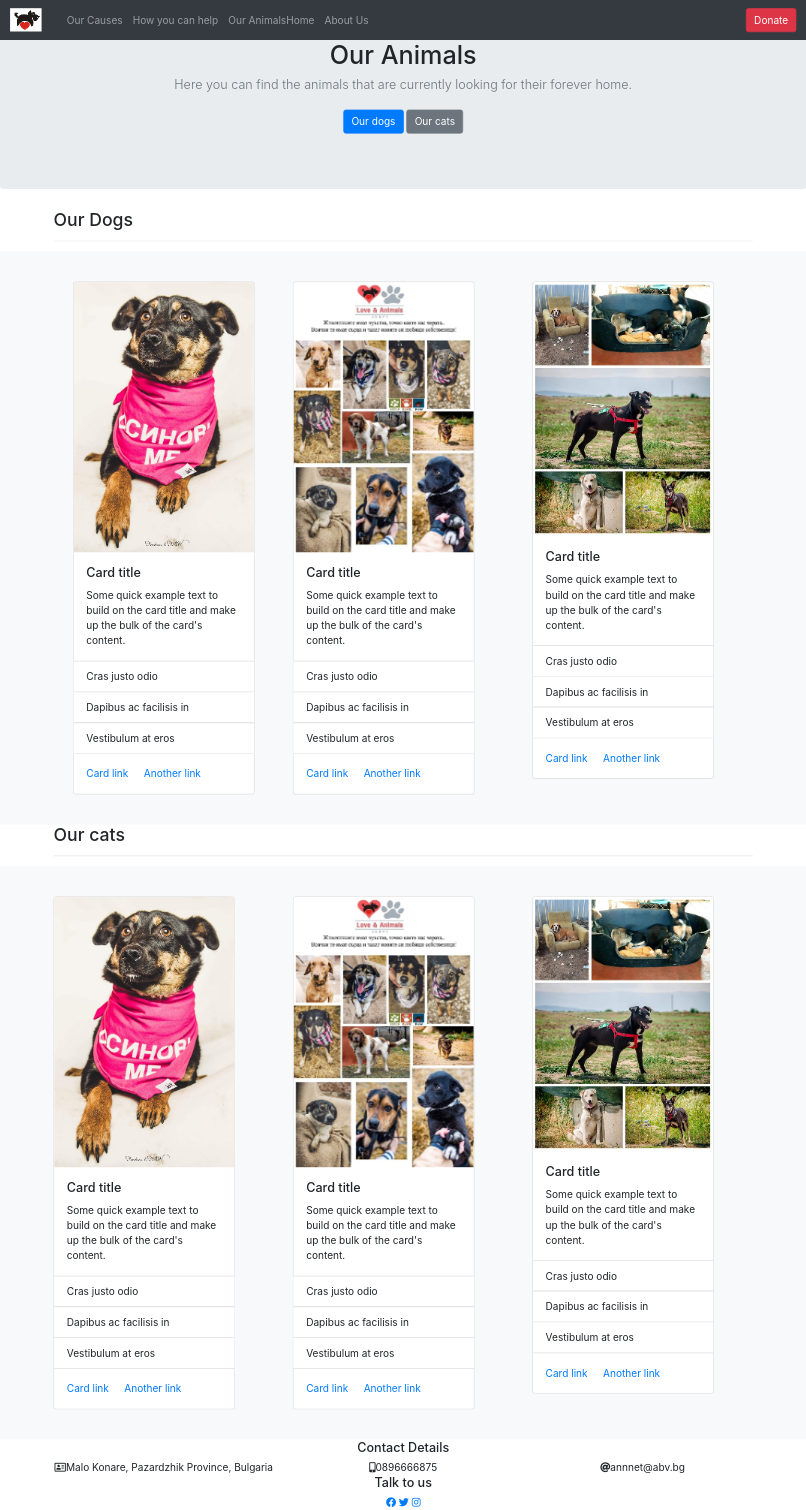
Repository: Naity17/PAW-first-website
Page: Our-Animals.html
The author's editor kept a record of every edit. The page is drawn from the files as they stood at one moment, then again after the next edit.
The browser window is 1280 px wide. The pictures show the whole page, at 63% of full size.
Some web libraries are served in a nearby version.

Above is the page before.
Console error: TypeError: Cannot read properties of undefined (reading 'fn')

### Our-Animals.html
<!DOCTYPE html>
<html lang="en">

<head>
    <meta charset="UTF-8">
    <meta name="viewport" content="width=device-width, initial-scale=1.0">
    <meta http-equiv="X-UA-Compatible" content="ie=edge">
    <link rel="stylesheet" href="https://stackpath.bootstrapcdn.com/bootstrap/4.3.1/css/bootstrap.min.css" integrity="sha384-ggOyR0iXCbMQv3Xipma34MD+dH/1fQ784/j6cY/iJTQUOhcWr7x9JvoRxT2MZw1T" crossorigin="anonymous">
    <link rel="stylesheet" href="https://use.fontawesome.com/releases/v5.9.0/css/all.css" integrity="sha384-i1LQnF23gykqWXg6jxC2ZbCbUMxyw5gLZY6UiUS98LYV5unm8GWmfkIS6jqJfb4E" crossorigin="anonymous">
    <script src="https://stackpath.bootstrapcdn.com/bootstrap/4.3.1/js/bootstrap.min.js" integrity="sha384-JjSmVgyd0p3pXB1rRibZUAYoIIy6OrQ6VrjIEaFf/nJGzIxFDsf4x0xIM+B07jRM" crossorigin="anonymous"></script>
    <link rel="stylesheet" href="assets/css/style.css" type="text/css" />
    <title>PAW - Pazardjik Animal Welfare</title>
</head>

<body>
    <header>
        <!-- ---------------NavBar-------------- -->
        <nav class="navbar navbar-expand-md navbar-dark fixed-top bg-dark">
            <a class="navbar-brand" href="index.html">
                <img src="assets/images/general/logo.jpg">
            </a>
            <button class="navbar-toggler collapsed" type="button" data-toggle="collapse" data-target="#navbarCollapse" aria-controls="navbarCollapse" aria-expanded="false" aria-label="Toggle navigation">
              <span class="navbar-toggler-icon"></span>
            </button>
            <div class="navbar-collapse collapse" id="navbarCollapse" style="">
                <ul class="navbar-nav mr-auto">
                    <li class="nav-item active">
                        <a class="nav-link" href="#"></a>
                    </li>
                    <li class="nav-item">
                        <a class="nav-link" href="#">Our Causes</a>
                    </li>
                    <li class="nav-item">
                        <a class="nav-link" href="#">How you can help</a>
                    </li>
                    <li class="nav-item">
                        <a class="nav-link" href="#">Our AnimalsHome<span class="sr-only">(current)</span></a>
                    </li>
                    <li class="nav-item">
                        <a class="nav-link" href="#">About Us</a>
                    </li>
                </ul>
                <button class="btn btn-danger navbar-btn">Donate</button>
            </div>
        </nav>
        <!-- ---------------End of NavBar-------------- -->
    </header>

    <!-- --------------Our Animals-------------- -->
    <section id="our-animals">
        <main role="main">
            <section class="jumbotron text-center">
                <div class="container">
                    <h1 class="jumbotron-heading">Our Animals</h1>
                    <p class="lead text-muted">Here you can find the animals that are currently looking for their forever home.</p>
                    <p>
                        <a href="#our-dogs-tag" class="btn btn-primary my-2">Our dogs</a>
                        <a href="#our-cats-tag" class="btn btn-secondary my-2">Our cats</a>
                    </p>
                </div>
            </section>
            <div class="container">
                <h3 id=our-dogs-tag>Our Dogs</h3>
                <hr>
            </div>
            <div class="album py-5 bg-light">
                <div class="container">
                    <div class="row">
                        <div class="col-md-4 col-12 ">
                            <div class="card" style="width: 18rem; margin:0 auto;">
                                <img src="assets/images/general/carousel-1.jpg" class="card-img-top" alt="...">
                                <div class="card-body">
                                    <h5 class="card-title">Card title</h5>
                                    <p class="card-text">Some quick example text to build on the card title and make up the bulk of the card's content.</p>
                                </div>
                                <ul class="list-group list-group-flush">
                                    <li class="list-group-item">Cras justo odio</li>
                                    <li class="list-group-item">Dapibus ac facilisis in</li>
                                    <li class="list-group-item">Vestibulum at eros</li>
                                </ul>
                                <div class="card-body">
                                    <a href="#" class="card-link">Card link</a>
                                    <a href="#" class="card-link">Another link</a>
                                </div>
                            </div>
                        </div>
                        <div class="col-md-4 col-12">
                            <div class="card" style="width: 18rem;">
                                <img src="assets/images/general/carousel-2.jpg" class="card-img-top" alt="...">
                                <div class="card-body">
                                    <h5 class="card-title">Card title</h5>
                                    <p class="card-text">Some quick example text to build on the card title and make up the bulk of the card's content.</p>
                                </div>
                                <ul class="list-group list-group-flush">
                                    <li class="list-group-item">Cras justo odio</li>
                                    <li class="list-group-item">Dapibus ac facilisis in</li>
                                    <li class="list-group-item">Vestibulum at eros</li>
                                </ul>
                                <div class="card-body">
                                    <a href="#" class="card-link">Card link</a>
                                    <a href="#" class="card-link">Another link</a>
                                </div>
                            </div>
                        </div>
                        <div class="col-md-4 col-12">
                            <div class="card" style="width: 18rem;">
                                <img src="assets/images/general/carousel-3.jpg" class="card-img-top" alt="...">
                                <div class="card-body">
                                    <h5 class="card-title">Card title</h5>
                                    <p class="card-text">Some quick example text to build on the card title and make up the bulk of the card's content.</p>
                                </div>
                                <ul class="list-group list-group-flush">
                                    <li class="list-group-item">Cras justo odio</li>
                                    <li class="list-group-item">Dapibus ac facilisis in</li>
                                    <li class="list-group-item">Vestibulum at eros</li>
                                </ul>
                                <div class="card-body">
                                    <a href="#" class="card-link">Card link</a>
                                    <a href="#" class="card-link">Another link</a>
                                </div>
                            </div>
                        </div>
                    </div>
                </div>
            </div>
            <div class="container">
                <h3 id=our-cats-tag>Our cats</h3>
                <hr>
            </div>
            <div class="album py-5 bg-light">
                <div class="container">
                    <div class="row">
                        <div class="col-md-4 col-12">
                            <div class="card" style="width: 18rem;">
                                <img src="assets/images/general/carousel-1.jpg" class="card-img-top" alt="...">
                                <div class="card-body">
                                    <h5 class="card-title">Card title</h5>
                                    <p class="card-text">Some quick example text to build on the card title and make up the bulk of the card's content.</p>
                                </div>
                                <ul class="list-group list-group-flush">
                                    <li class="list-group-item">Cras justo odio</li>
                                    <li class="list-group-item">Dapibus ac facilisis in</li>
                                    <li class="list-group-item">Vestibulum at eros</li>
                                </ul>
                                <div class="card-body">
                                    <a href="#" class="card-link">Card link</a>
                                    <a href="#" class="card-link">Another link</a>
                                </div>
                            </div>
                        </div>
                        <div class="col-md-4 col-12">
                            <div class="card" style="width: 18rem;">
                                <img src="assets/images/general/carousel-2.jpg" class="card-img-top" alt="...">
                                <div class="card-body">
                                    <h5 class="card-title">Card title</h5>
                                    <p class="card-text">Some quick example text to build on the card title and make up the bulk of the card's content.</p>
                                </div>
                                <ul class="list-group list-group-flush">
                                    <li class="list-group-item">Cras justo odio</li>
                                    <li class="list-group-item">Dapibus ac facilisis in</li>
                                    <li class="list-group-item">Vestibulum at eros</li>
                                </ul>
                                <div class="card-body">
                                    <a href="#" class="card-link">Card link</a>
                                    <a href="#" class="card-link">Another link</a>
                                </div>
                            </div>
                        </div>
                        <div class="col-md-4 col-12">
                            <div class="card" style="width: 18rem;">
                                <img src="assets/images/general/carousel-3.jpg" class="card-img-top" alt="...">
                                <div class="card-body">
                                    <h5 class="card-title">Card title</h5>
                                    <p class="card-text">Some quick example text to build on the card title and make up the bulk of the card's content.</p>
                                </div>
                                <ul class="list-group list-group-flush">
                                    <li class="list-group-item">Cras justo odio</li>
                                    <li class="list-group-item">Dapibus ac facilisis in</li>
                                    <li class="list-group-item">Vestibulum at eros</li>
                                </ul>
                                <div class="card-body">
                                    <a href="#" class="card-link">Card link</a>
                                    <a href="#" class="card-link">Another link</a>
                                </div>
                            </div>
                        </div>
                    </div>
                </div>
            </div>
        </main>
    </section>
    <footer class="container text-center footer-details">
        <div class="row">
            <div class="col-12">
                <h5>Contact Details</h5>
            </div>
        </div>
        <div id="contact-details-items" class="row ">
            <div class="col-4 address-item">
                <i class="far fa-address-card"></i>Malo Konare, Pazardzhik Province, Bulgaria
            </div>
            <div class="col-4 phone-number-item">
                <i class="fas fa-mobile-alt"></i>0896666875
            </div>
            <div class="col-4 email-item">
                <i class="fas fa-at"></i>annnet@abv.bg
            </div>
        </div>
        <div class="row" id="social-details">
            <div class="col-xs-12 col-sm-12 icons">
                <h5 class="uppercase general-sub">Talk to us</h5>
                <a href="https://www.facebook.com/PAW-Pazardjik-Animal-Welfare-134643483313391/" target="_blank"><i class="fab fa-facebook alignment"></i></a>
                <a href="https://twitter.com/ralito17?lang=en" target="_blank"><i class="fab fa-twitter alignment"></i></a>
                <a href="https://www.instagram.com/?hl=en" target="_blank"><i class="fab fa-instagram alignment"></i></a>
            </div>
        </div>
    </footer>
    <script src="https://code.jquery.com/jquery-3.3.1.slim.min.js" integrity="sha384-q8i/X+965DzO0rT7abK41JStQIAqVgRVzpbzo5smXKp4YfRvH+8abtTE1Pi6jizo" crossorigin="anonymous"></script>
    <script src="https://cdnjs.cloudflare.com/ajax/libs/popper.js/1.14.7/umd/popper.min.js" integrity="sha384-UO2eT0CpHqdSJQ6hJty5KVphtPhzWj9WO1clHTMGa3JDZwrnQq4sF86dIHNDz0W1" crossorigin="anonymous"></script>
    <script src="https://stackpath.bootstrapcdn.com/bootstrap/4.3.1/js/bootstrap.min.js" integrity="sha384-JjSmVgyd0p3pXB1rRibZUAYoIIy6OrQ6VrjIEaFf/nJGzIxFDsf4x0xIM+B07jRM" crossorigin="anonymous"></script>
</body>

</html>

Loaded but not shown: assets/css/style.css (no copy from this time; the picture is the same without it)

After the next edit:
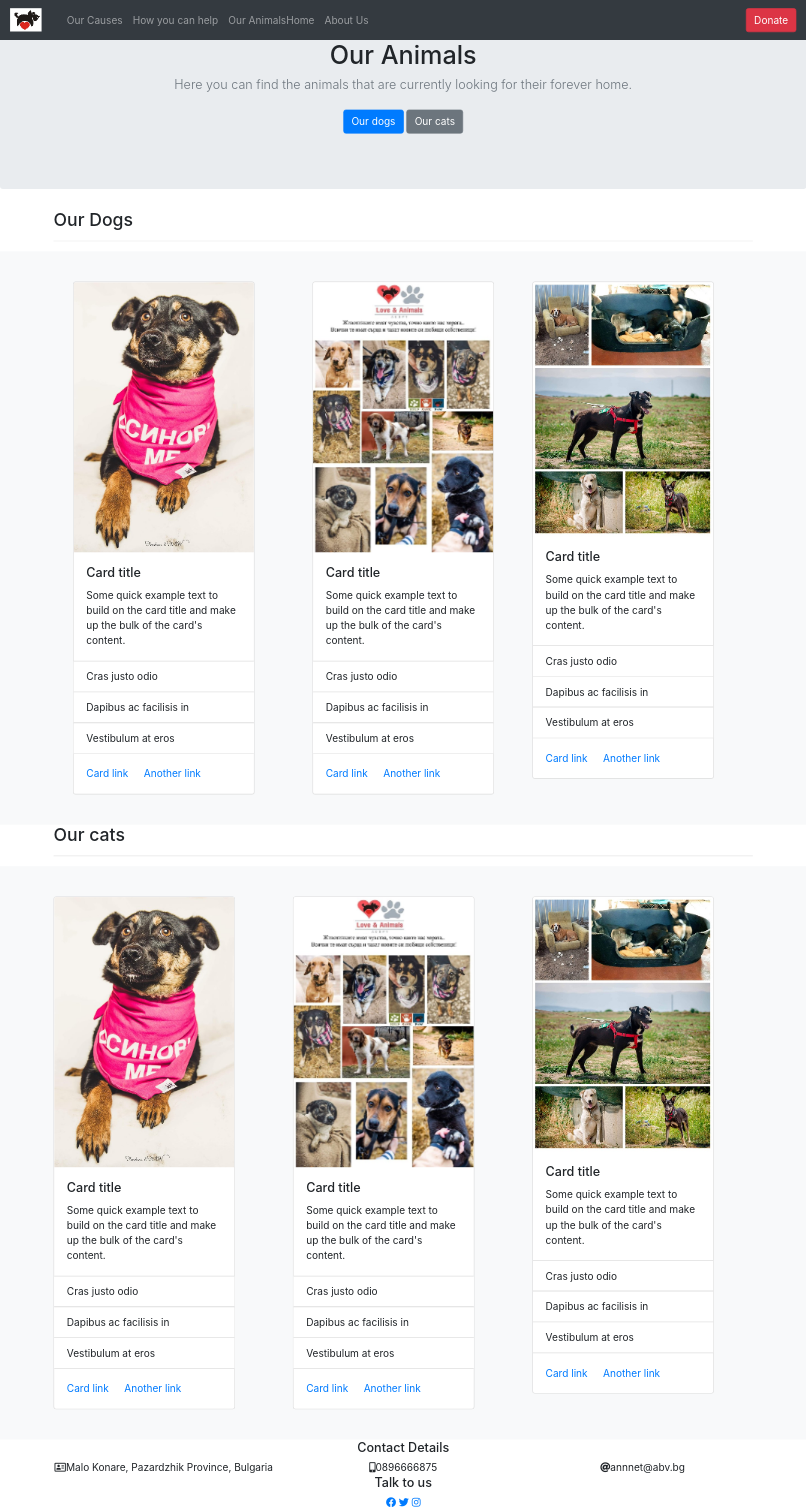
The edit:
--- a/Our-Animals.html
+++ b/Our-Animals.html
@@ -85,7 +85,7 @@
                             </div>
                         </div>
                         <div class="col-md-4 col-12">
-                            <div class="card" style="width: 18rem;">
+                            <div class="card" style="width: 18rem; margin:0 auto;">
                                 <img src="assets/images/general/carousel-2.jpg" class="card-img-top" alt="...">
                                 <div class="card-body">
                                     <h5 class="card-title">Card title</h5>
